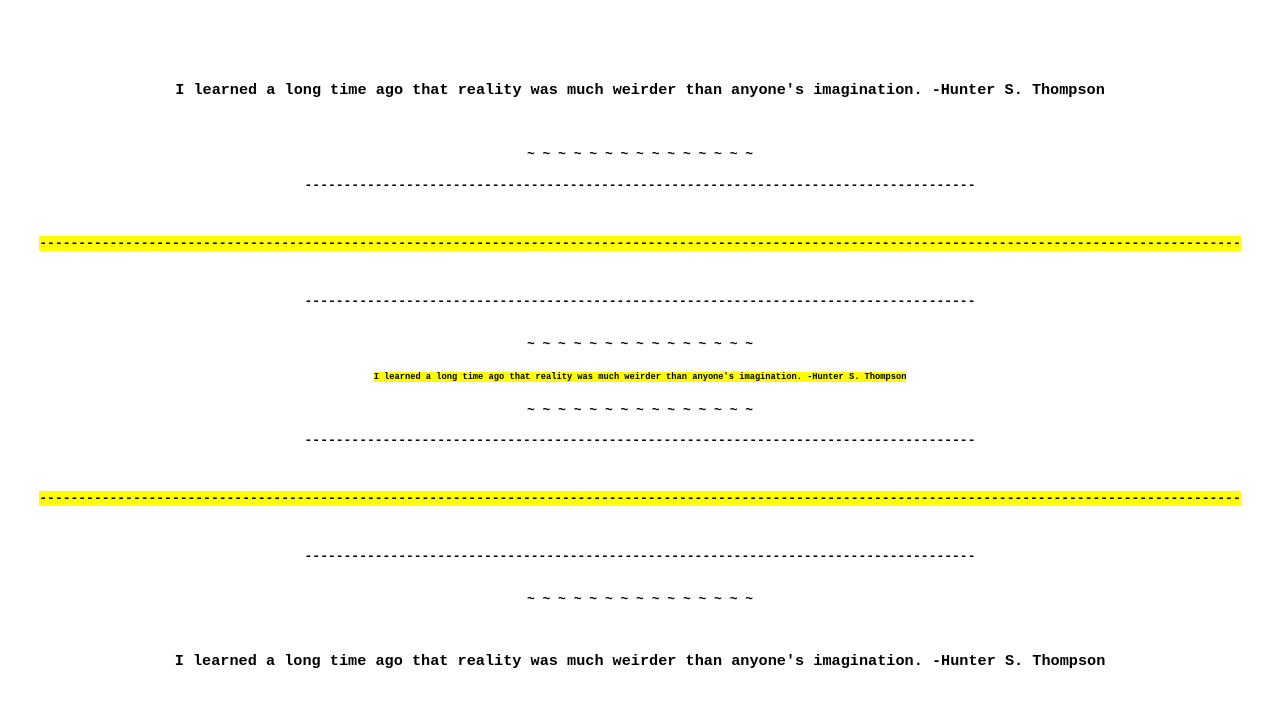
Repository: penas326/penas326.github.io
Page: composition/index.html
The author's editor kept a record of every edit. The page is drawn from the files as they stood at one moment, then again after the next edit.
The browser window is 1280 px wide. The pictures show the whole page.

Above is the page before.

### composition/index.html
  <html>

    <head>
        <title>Composition</title>
    </head>
        <br>
        <br>
        <br>
        <strong><h3 align="center"><code>I learned a long time ago that reality was much weirder than anyone's imagination. -Hunter S. Thompson</h3>
    </body>
            <center>
        <br>
        <br>
        <strong>~ ~ ~ ~ ~ ~ ~ ~ ~ ~ ~ ~ ~ ~ ~</strong>
        <br>
        <h3 align="center"></h3><code>--------------------------------------------------------------------------------------</p>
        <br>
        <h3 align="center"></h3><code><mark>----------------------------------------------------------------------------------------------------------------------------------------------------------</p></mark>
        <br>
        <h3 align="center"></h3><code>--------------------------------------------------------------------------------------</p>
        <br>
        <strong>~ ~ ~ ~ ~ ~ ~ ~ ~ ~ ~ ~ ~ ~ ~</strong>
        </center>
         </head>
        <strong><h6 align="center"><code><mark>I learned a long time ago that reality was much weirder than anyone's imagination. -Hunter S. Thompson</h6>
               <center>
        <strong>~ ~ ~ ~ ~ ~ ~ ~ ~ ~ ~ ~ ~ ~ ~</strong>
        <br>
        <h3 align="center"></h3><code>--------------------------------------------------------------------------------------</p>
        <br>
        <h3 align="center"></h3><code><mark>----------------------------------------------------------------------------------------------------------------------------------------------------------</p></mark>
        <br>
        <h3 align="center"></h3><code>--------------------------------------------------------------------------------------</p>
        <br>
        <strong>~ ~ ~ ~ ~ ~ ~ ~ ~ ~ ~ ~ ~ ~ ~</strong>
        </center>
         </head>
        <br>
        <br>
        <strong><h3 align="center"><code>I learned a long time ago that reality was much weirder than anyone's imagination. -Hunter S. Thompson</h3>
    </body>

</html>

After the next edit:
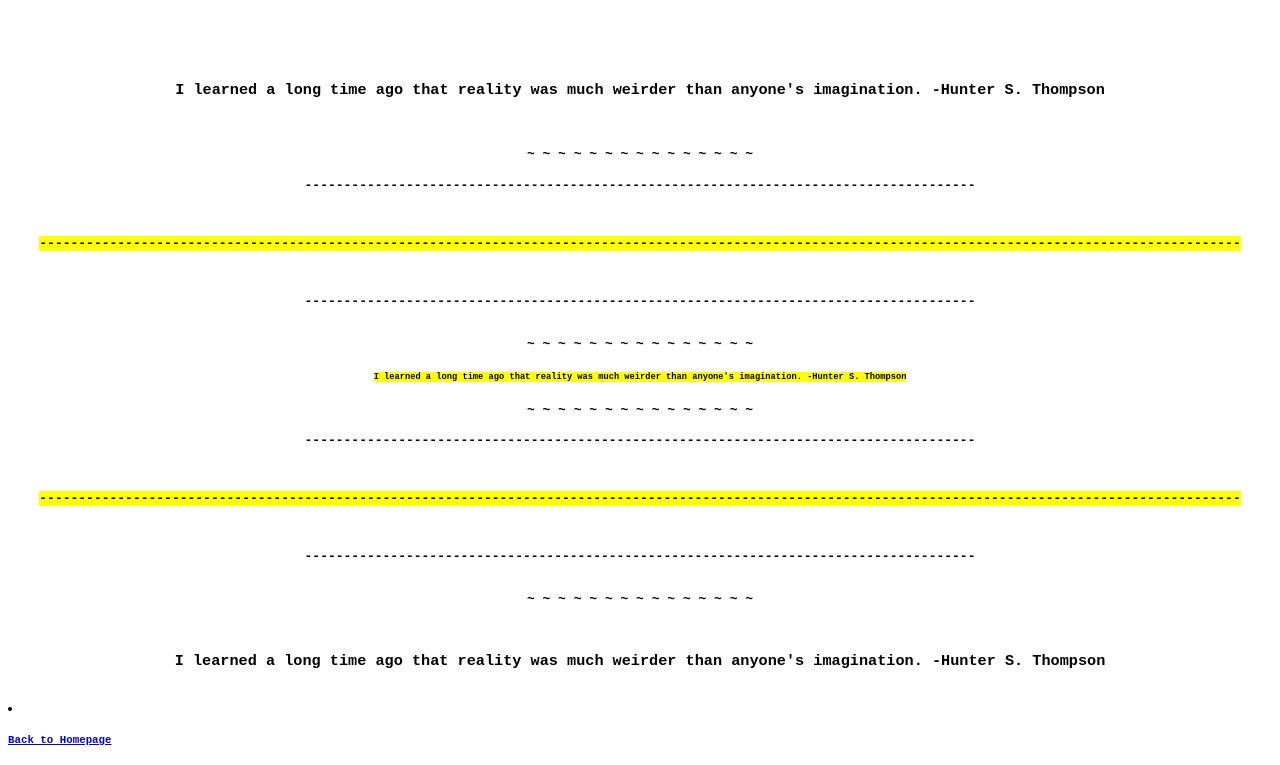
The edit:
--- a/composition/index.html
+++ b/composition/index.html
@@ -38,6 +38,9 @@
         <br>
         <br>
         <strong><h3 align="center"><code>I learned a long time ago that reality was much weirder than anyone's imagination. -Hunter S. Thompson</h3>
+        <br>
+        <li><h5><a href="index.html">Back to Homepage</a></h5></li>
     </body>
 
+
 </html>
